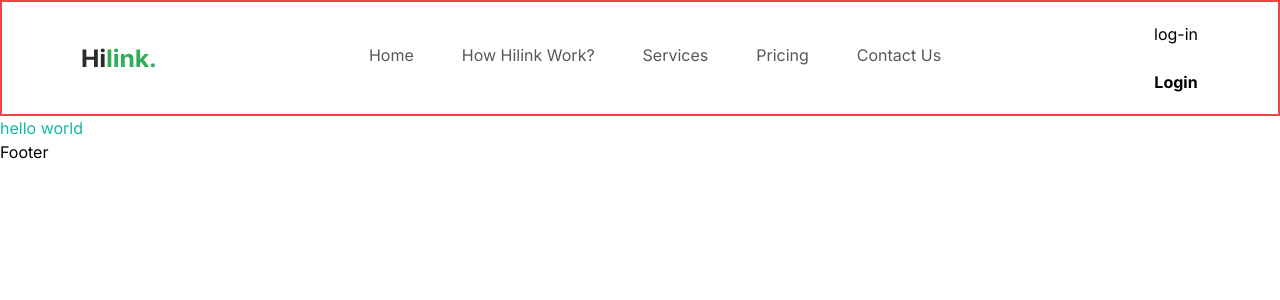
Repository: tarun4141/travel-app
Page: /
These files come from the project's save history. The page is drawn as it stood at one moment and after a run of saves; the edit follows.
The browser window is 1280 px wide. The pictures show the whole page.
The project was rebuilt for these pictures with package versions that can differ from the ones it lists, and the page was loaded fresh each time. The framework's server and built-in components were replaced by stand-ins that run in the browser. Also part of the build but not shown: next.config.mjs.

Above is the page before, as saved 2024-06-23 02:09:56.

### app/layout.tsx
import type { Metadata } from "next";

import "./globals.css";
import Navbar from "@/components/Navbar";
import Footer from "@/components/Footer";



export const metadata: Metadata = {
  title: "Travel App",
  description: "Travel next app",
};

export default function RootLayout({
  children,
}: Readonly<{
  children: React.ReactNode;
}>) {
  return (
    <html lang="en">

      <body >

      <Navbar/>
      <main className="relative overflow-hidden">
      {children}

      </main>

      <Footer/>
      </body>
    </html>
  );
}

### app/page.tsx


export default function Home() {
  return (
   <h1 className="text-bold  text-teal-500">
    hello world

   </h1>
  );
}

### components/Navbar.tsx
import { NAV_LINKS } from '@/constants'
import Image from 'next/image'
import Link from 'next/link'
import React from 'react'
import Button from './Button'

const Navbar = () => {
  return (
   <nav className='border-2
   border-red-500
  flexBetween max-container
  padding-container
  relative z-30 py-5 '>
   <Link href="/">
   <Image src="/hilink-logo.svg"
   alt='logo'
   width={74}
   height={29}
   />


   </Link>
   <ul className='hidden h-full gap-12 lg:flex'>

   {NAV_LINKS.map((link)=>(
      <Link href={link.href} key={link.key}
      className='regular-16 text-gray-50 flexCenter cursor-pointer pb-1.5 transition-all hover:font-bold '>
      {link.label}
      </Link>
   ))}


 </ul>

<div className='lg:flexCenter hidden'>
   <Button
   type="button"
   title="Login"
   icon="/user.svg"
   variant="btn_dark_green"
   />
</div>

   </nav>
  )
}

export default Navbar

### constants/index.ts
//NAVIGATION
export const NAV_LINKS = [
    { href: '/', key: 'home', label: 'Home' },
    { href: '/', key: 'how_hilink_work', label: 'How Hilink Work?' },
    { href: '/', key: 'services', label: 'Services' },
    { href: '/', key: 'pricing ', label: 'Pricing ' },
    { href: '/', key: 'contact_us', label: 'Contact Us' },
  ];

  // CAMP SECTION
  export const PEOPLE_URL = [
    '/person-1.png',
    '/person-2.png',
    '/person-3.png',
    '/person-4.png',
  ];

  // FEATURES SECTION
  export const FEATURES = [
    {
      title: 'Real maps can be offline',
      icon: '/map.svg',
      variant: 'green',
      description:
        'We provide a solution for you to be able to use our application when climbing, yes offline maps you can use at any time there is no signal at the location',
    },
    {
      title: 'Set an adventure schedule',
      icon: '/calendar.svg',
      variant: 'green',
      description:
        "Schedule an adventure with friends. On holidays, there are many interesting offers from Hilink. That way, there's no more discussion",
    },
    {
      title: 'Technology using augment reality',
      icon: '/tech.svg',
      variant: 'green',
      description:
        'Technology uses augmented reality as a guide to your hiking trail in the forest to the top of the mountain. Already supported by the latest technology without an internet connection',
    },
    {
      title: 'Many new locations every month',
      icon: '/location.svg',
      variant: 'orange',
      description:
        'Lots of new locations every month, because we have a worldwide community of climbers who share their best experiences with climbing',
    },
  ];

  // FOOTER SECTION
  export const FOOTER_LINKS = [
    {
      title: 'Learn More',
      links: [
        'About Hilink',
        'Press Releases',
        'Environment',
        'Jobs',
        'Privacy Policy',
        'Contact Us',
      ],
    },
    {
      title: 'Our Community',
      links: ['Climbing xixixi', 'Hiking hilink', 'Hilink kinthill'],
    },
  ];

  export const FOOTER_CONTACT_INFO = {
    title: 'Contact Us',
    links: [
      { label: 'Admin Officer', value: '123-456-7890' },
      { label: 'Email Officer', value: 'hilink@akinthil.com' },
    ],
  };

  export const SOCIALS = {
    title: 'Social',
    links: [
      '/facebook.svg',
      '/instagram.svg',
      '/twitter.svg',
      '/youtube.svg',
      '/wordpress.svg',
    ],
  };

### components/Button.tsx
import Image from "next/image";


type ButtonProps ={
  type: "button"|"submit";
  title:string;
  icon?:string;
  variant:'btn_dark_green'
}

const Button = ({type,title,icon,variant}:ButtonProps) => {
  return (
    <button
    className={``}

    type={type}>
        log-in
        {icon && <Image src={icon} alt={title} width={24} height={24} />}
   <label className="bold-16 whitespace-nowrap">{title}</label>

    </button>

  )
}

export default Button

Loaded but not shown: app/globals.css (common file); components/Footer.tsx (common file); tailwind.config.ts (common file)

After the next 4 saves:
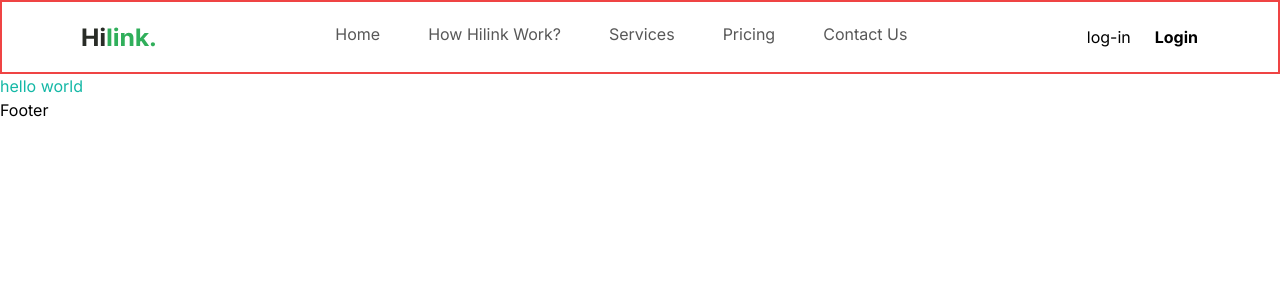
The 4 saves are shown as one change because they came seconds apart.
The last was saved 17 s later.
--- a/components/Button.tsx
+++ b/components/Button.tsx
@@ -11,7 +11,7 @@ type ButtonProps ={
 const Button = ({type,title,icon,variant}:ButtonProps) => {
   return (
     <button
-    className={``}
+    className={`flexCenter`}
 
     type={type}>
         log-in
